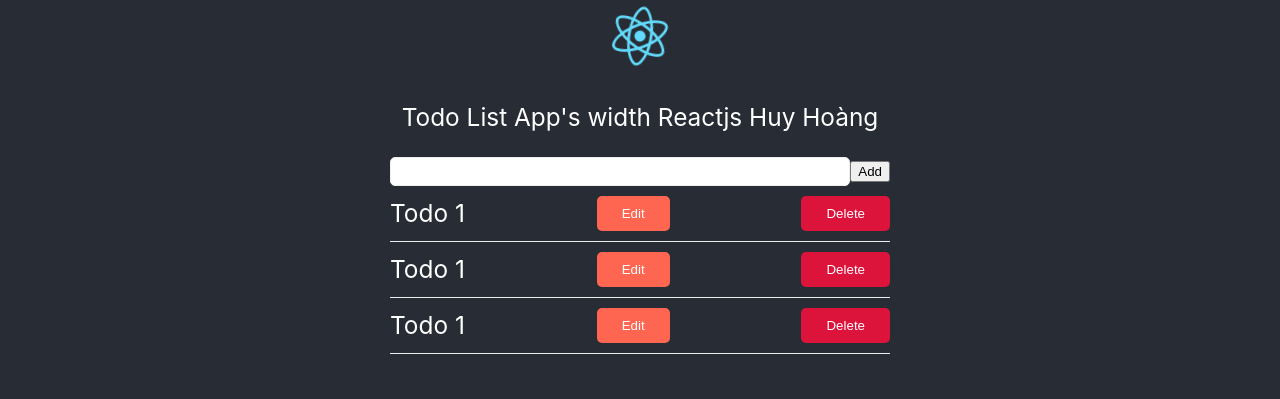
Repository: hoang0508/ReactJsHoang
Page: /user
An editor plug-in stored every save of this project. The page is shown before and after the next save, followed by the edit.
The browser window is 1280 px wide. The pictures show the whole page.
The project was rebuilt for these pictures with package versions that can differ from the ones it lists, and the page was loaded fresh each time. Also part of the build but not shown: src/views/Example/Demo.scss, src/views/Example/ChildComponent.js, src/views/Example/AddComponent.js, src/views/Example/MyComponent.js.

Above is the page before, as saved 2021-10-28 22:53:03.

### src/index.js
import React from "react";
import ReactDOM from "react-dom";
import App from "./views/App";
import reportWebVitals from "./reportWebVitals";
import "./styles/global.scss";

ReactDOM.render(
  <React.StrictMode>
    <App />
  </React.StrictMode>,
  document.getElementById("root")
);

// If you want to start measuring performance in your app, pass a function
// to log results (for example: reportWebVitals(console.log))
// or send to an analytics endpoint. Learn more: https://bit.ly/CRA-vitals
reportWebVitals();

### src/views/App.js
import logo from "./logo.svg";
import "./App.scss";
import MyComponent from "./Example/MyComponent";
import ListTodo from "./Todos/ListTodo";
/**
 * 2 components: class component / function component (function, arrow)
 * JSX
 */

function App() {
  return (
    <div className="App">
      <header className="App-header">
        <img src={logo} className="App-logo" alt="logo" />
        {/* <p> Hello world with Reactjs huy hoang</p> <MyComponent /> */}
        <p>Todo List App's width Reactjs Huy Hoàng</p>
        <ListTodo />
      </header>{" "}
    </div>
  );
}

export default App;

### src/views/Todos/ListTodo.js
import React from "react";
import "./ListTodo.scss";

class ListTodo extends React.Component {
  state = {
    ListTodos: [
      { id: "todo1", title: "Doing homewwork" },
      { id: "todo2", title: "Making video" },
      { id: "todo3", title: "Fixing bug" },
    ],
  };
  render() {
    let { ListTodos } = this.state;
    // let listTodos = this.state.listTodos;
    return (
      <div className="list-todo-container">
        <div className="add-todo">
          <input type="text" />
          <button type="button button--add">Add</button>
        </div>
        <div className="list-todo-content">
          <div className="todo-child">
            Todo 1<button className="button button--edit">Edit</button>
            <button className="button button--dele">Delete</button>
          </div>
          <div className="todo-child">
            Todo 1<button className="button button--edit">Edit</button>
            <button className="button button--dele">Delete</button>
          </div>
          <div className="todo-child">
            Todo 1<button className="button button--edit">Edit</button>
            <button className="button button--dele">Delete</button>
          </div>
        </div>
      </div>
    );
  }
}

export default ListTodo;

### src/views/Todos/ListTodo.scss
.list-todo-container {
  max-width: 500px;
  width: 100%;
  margin: 0 auto;
}
.list-todo-content {
  .todo-child {
    display: flex;
    justify-content: space-between;
    align-items: center;
    padding: 10px 0 10px;
    border-bottom: 1px solid #eee;
  }
  span {
    font-size: 16px;
  }
}

.button {
  display: inline-block;
  color: white;
  padding: 10px 25px;
  border-radius: 5px;
  outline: none;
  border: 0;
  cursor: pointer;
  &--add {
    background-color: #6a5af9;
    margin-left: 10px;
  }
  &--edit {
    background-color: #ff6651;
    margin: 0 10px;
  }
  &--dele {
    background-color: crimson;
  }
}

.add-todo {
  display: flex;
  justify-content: space-between;
  align-items: center;
  input {
    width: 100%;
    height: 25px;
    outline: none;
    border-radius: 5px;
    border: 1px solid #eee;
  }
}

Loaded but not shown: public/index.html (common file); src/reportWebVitals.js (common file); src/styles/global.scss (common file); src/views/App.scss (common file)

After the next save:
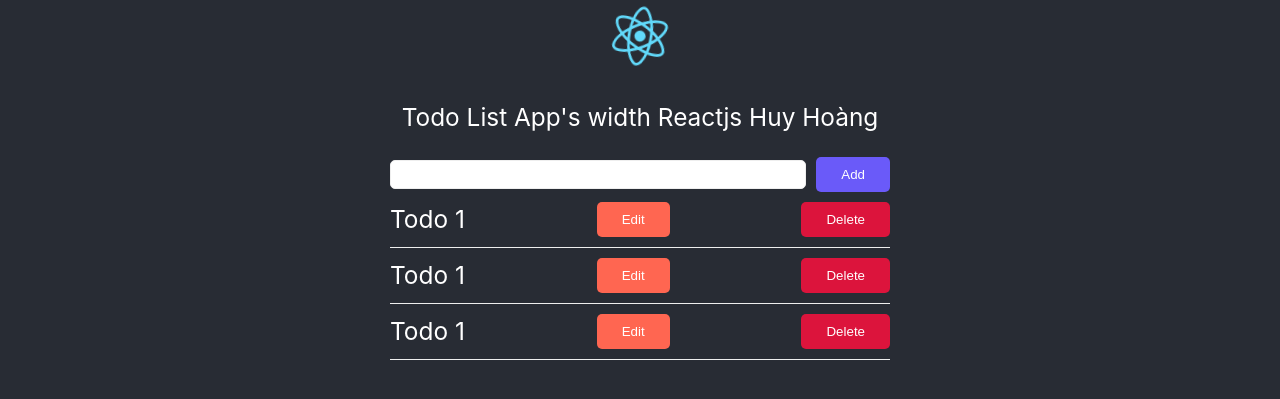
Saved 3 min 1 s later.
--- a/src/views/Todos/ListTodo.js
+++ b/src/views/Todos/ListTodo.js
@@ -16,7 +16,9 @@
       <div className="list-todo-container">
         <div className="add-todo">
           <input type="text" />
-          <button type="button button--add">Add</button>
+          <button type="button" className="button button--add">
+            Add
+          </button>
         </div>
         <div className="list-todo-content">
           <div className="todo-child">
